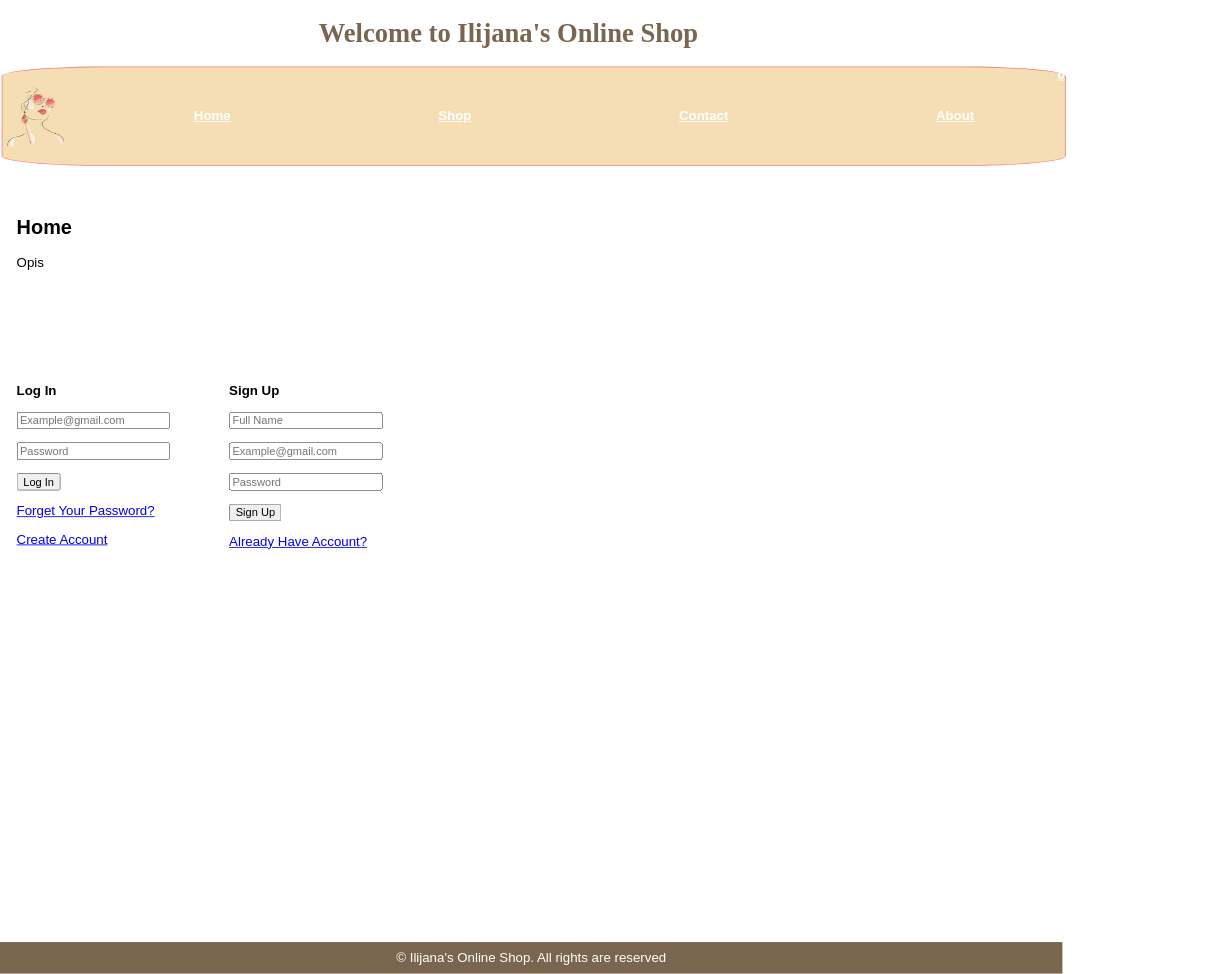
Repository: ilijana123/Proekt1
Page: html.html
These files come from the project's save history. The page is drawn as it stood at one moment and after the next save; the edit follows.
The browser window is 1280 px wide. The page is 1284 px wide, then 1482 px, so the pictures cover 1482 px, including what lies to the right of the window. The pictures show the whole page, at 83% of full size.

Above is the page before, as saved 2023-11-13 02:17:41.

After the next save:
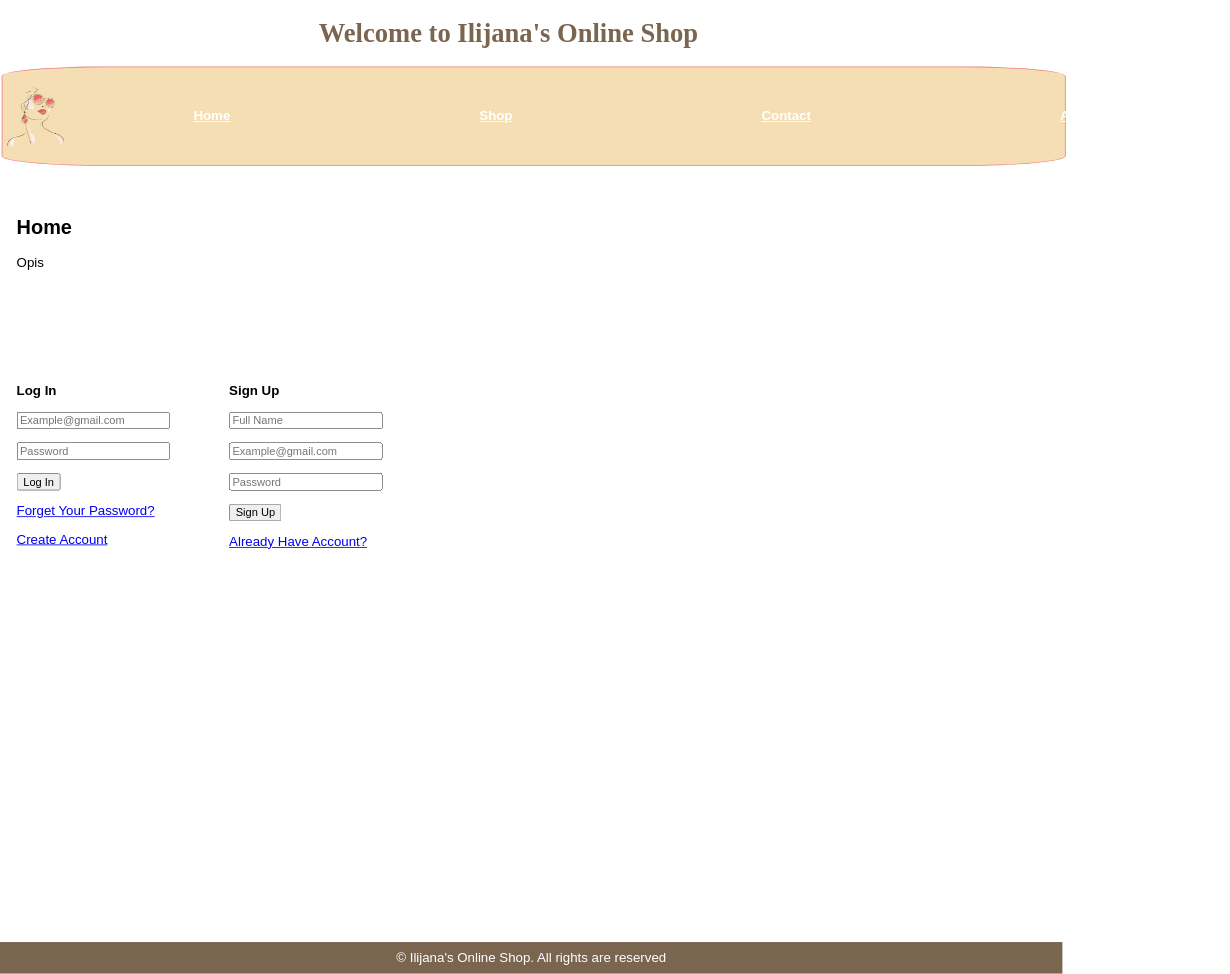
Saved 9 s later.
--- a/1.css
+++ b/1.css
@@ -41,7 +41,7 @@ h1  {
     {
         display: block;
         margin-bottom: 50px;
-        margin-right: 100px;
+        margin-right: 150px;
         margin-left:150px;
     }
     section {
